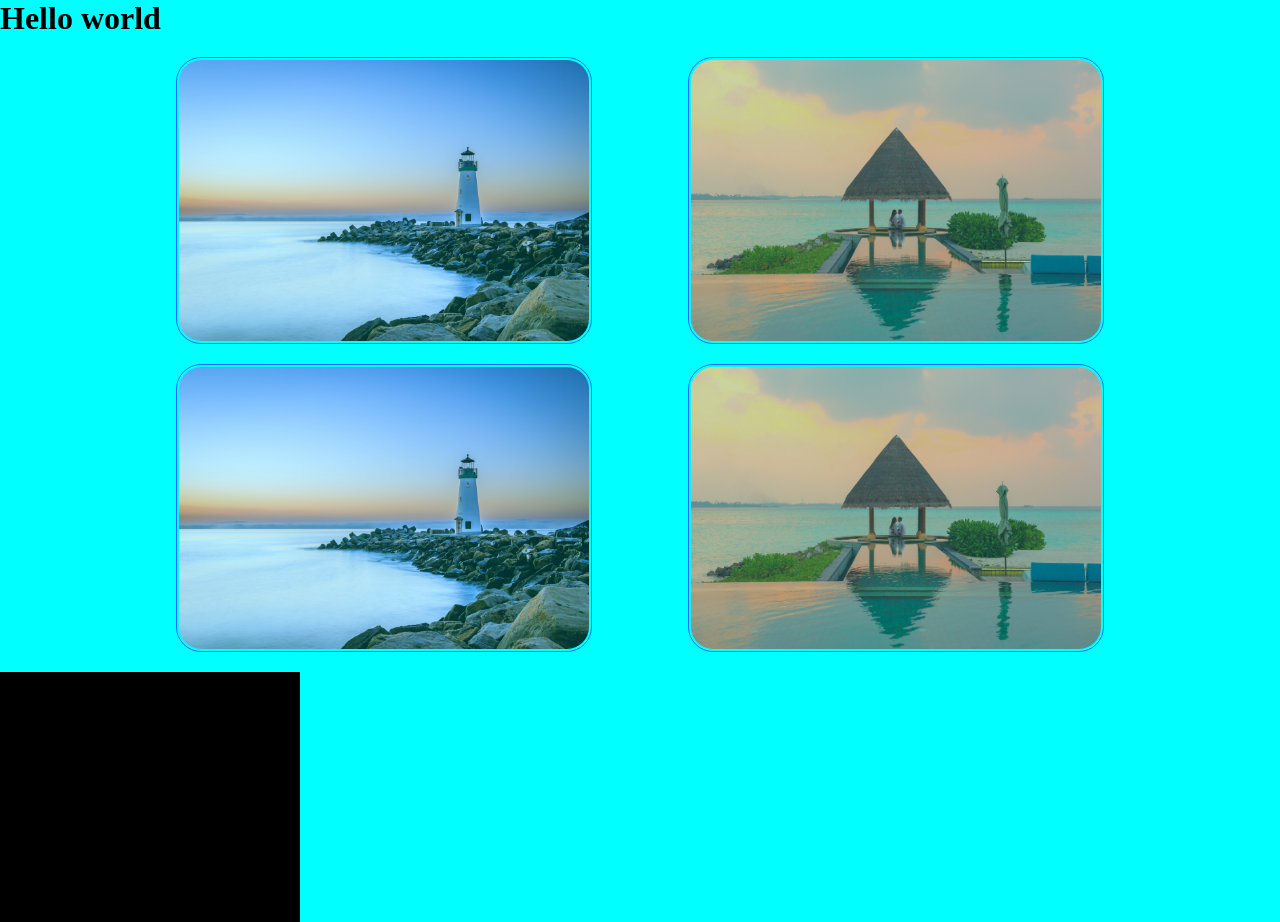
Repository: RPSKumara/DPEdudationPyhton
Page: ImageStyle/index.html
An editor plug-in stored every save of this project. The page is shown before and after the next save, followed by the edit.
The browser window is 1280 px wide. The pictures show the whole page.

Above is the page before, as saved 2022-04-20 11:15:41.

### ImageStyle/index.html
<!DOCTYPE html>
<html lang="en">
	<head>
		<meta charset="UTF-8" />
		<meta http-equiv="X-UA-Compatible" content="IE=edge" />
		<meta name="viewport" content="width=device-width, initial-scale=1.0" />
		<link rel="stylesheet" href="style.css" />
		<title>Document</title>
	</head>
	<body>
		<div class="container">
			<h1>Hello world</h1>
			<div class="imageSlider">
				<img src="Images/01.jpg" alt="images" class="previewImg" srcset="" />
				<img src="Images/02.jpg" alt="images" class="previewImg" srcset="" />
			</div>
            <div class="imageSlider">
				<img src="Images/01.jpg" alt="images" class="previewImg" srcset="" />
				<img src="Images/02.jpg" alt="images" class="previewImg" srcset="" />
			</div>
            <div class="animationHandle"></div>
		</div>
	</body>
</html>

### ImageStyle/style.css
*{
    margin: 0;
    padding: 0;
}
.container{
    width: 100%;
    background-color: aqua;
}
.imageSlider{
    min-width: 80%;
    width: 80%;
    margin: 20px 10%;
    display: flex;
    flex-wrap: wrap;
    justify-content: space-around;
}
.previewImg{
    width: 40%;
    border:1px rgba(76, 0, 255, 0.747) solid;
    padding: 2px;
    height: auto;
    opacity: 80%;
    border-radius: 25px;
    -webkit-border-radius: 25px;
    -moz-border-radius: 25px;
    -ms-border-radius: 25px;
    -o-border-radius: 25px;
}
.animationHandle{
    width: 300px;
    height: 250px;
    background-color: black;
}

After the next save:
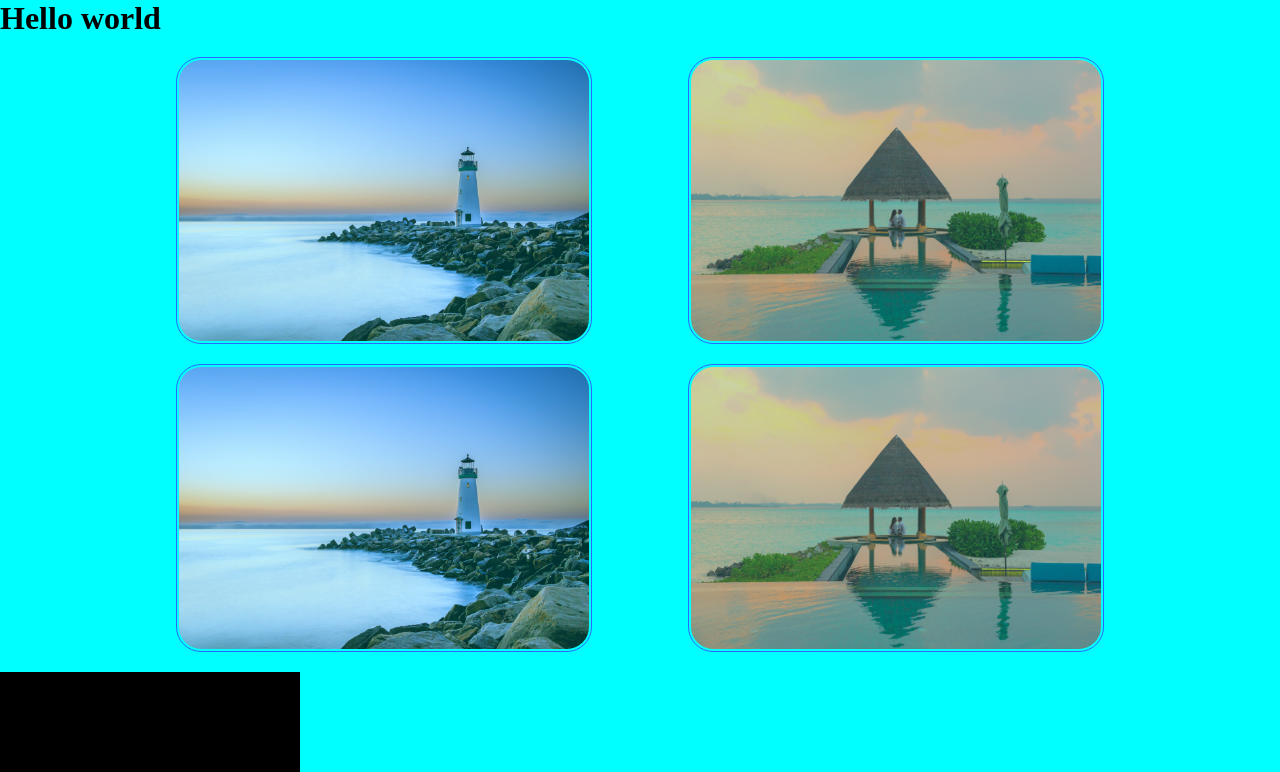
Saved 7 s later.
--- a/ImageStyle/style.css
+++ b/ImageStyle/style.css
@@ -28,6 +28,6 @@
 }
 .animationHandle{
     width: 300px;
-    height: 250px;
+    height: 100px;
     background-color: black;
 }
